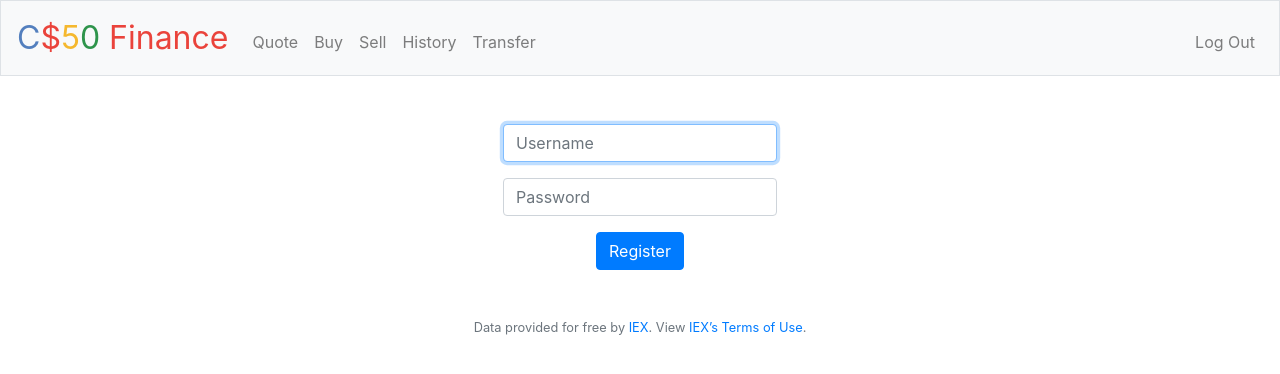
Repository: RyanMCollins/cs50
Page: http://localhost/quote
The author's editor kept a record of every edit. The page is drawn from the files as they stood at one moment, then again after the next edit.
The browser window is 1280 px wide. The pictures show the whole page.
The page is served by the project's application, run on Flask 3 (pset8/finance/application.py). The session is filled in as if someone had signed in: {"user_id": 1}.

Above is the page before.

After the next edit:
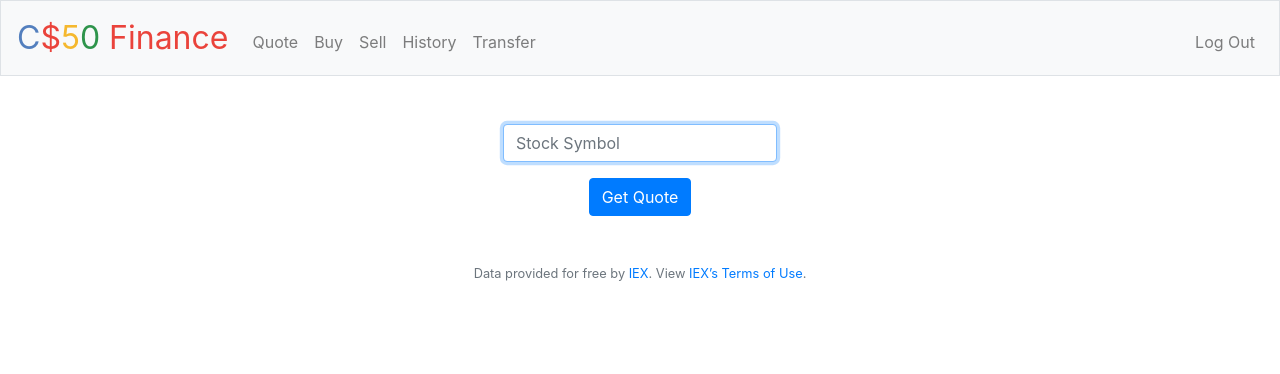
The edit:
--- a/pset8/finance/templates/quote.html
+++ b/pset8/finance/templates/quote.html
@@ -7,11 +7,8 @@
 {% block main %}
     <form action="/quote" method="post">
         <div class="form-group">
-            <input autocomplete="off" autofocus class="form-control" name="username" placeholder="Username" type="text">
+            <input autocomplete="off" autofocus class="form-control" name="symbol" placeholder="Stock Symbol" type="text">
         </div>
-        <div class="form-group">
-            <input class="form-control" name="password" placeholder="Password" type="password">
-        </div>
-        <button class="btn btn-primary" type="submit">Register</button>
+        <button class="btn btn-primary" type="submit">Get Quote</button>
     </form>
 {% endblock %}
